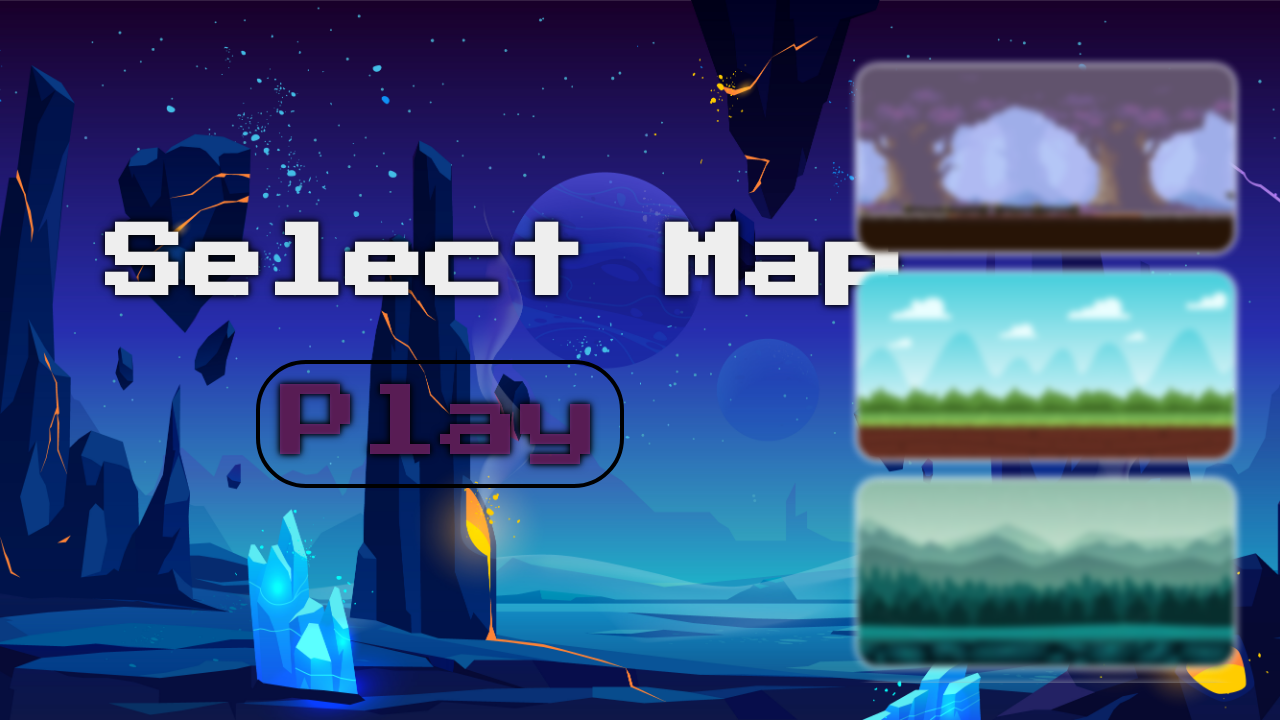
Repository: Gaurav31052/Fighting-game
Page: home.html
These files come from the project's save history. The page is drawn as it stood at one moment and after the next save; the edit follows.
The browser window is 1280 px wide. The pictures show the whole page.
An inner scrolling area shows only its first screen.

Above is the page before, as saved 2024-06-06 23:41:24.

### home.html
<!DOCTYPE html>
<html lang="en">

<head>
    <meta charset="UTF-8">
    <meta name="viewport" content="width=device-width, initial-scale=1.0">
    <title>Document</title>
    <link href="https://fonts.googleapis.com/css2?family=Press+Start+2P&display=swap" rel="stylesheet">
    <link rel="stylesheet" href="style.css">
</head>

<body>


    <!-- carousel -->
    <div class="carousel">
        <!-- list item -->
        <div class="list">
            <div class="item">

                <div class="MapName">
                   <h1 id="name">Select Map</h1>
                </div>

                <img id="mainbox" src="img/home.jpg" alt="">

                <button id="btn"><a href='game.html'>Play</a></button>
            </div>

        </div>


        <!-- list thumnail -->
        <div class="thumbnail" id="about">

            <div class="item" id="bg1"><img class="myimg" src="./img/background1.jpg" alt=""></div>
            <div class="item" id="bg2"><img class="myimg" src="./img/background2.jpg" alt=""></div>
            <div class="item" id="bg3"><img class="myimg" src="./img/background3.jpg" alt=""></div>
            <div class="item" id="bg4"><img class="myimg" src="./img/background4.jpg" alt=""></div>
            <div class="item" id="bg5"><img class="myimg" src="./img/background5.jpg" alt=""></div>
            <div class="item" id="bg6"><img class="myimg" src="./img/background6.jpg" alt=""></div>
            <!-- <div class="item"><img src="img/background.jpg" alt=""></div>
                <div class="item"><img src="img/background.jpg" alt=""></div>
                <div class="item"><img src="img/background.jpg" alt=""></div>
                <div class="item"><img src="img/background.jpg" alt=""></div>
                <div class="item"><img src="img/background.jpg" alt=""></div> -->

        </div>


    </div>

    <script src="home.js"></script>

</body>

</html>

### style.css

body {
    margin: 0;
    background-color: #000;
    color: #eee;
    font-family: Poppins;
    font-size: 12px;
    overflow: hidden;
}

a {
    text-decoration: none;
    color: #8b2c84a2;
}

/* carousel */
.carousel {
    height: 100vh;
    width: 100vw;
    overflow: hidden;
    position: relative;
}

.carousel .list .item {
    width: 100%;
    height: 100%;
    position: absolute;
    inset: 0 0 0 0;

}

.carousel .list .item img {
    width: 100%;
    height: 100%;
    object-fit: cover;

}

.carousel .list .item button {

    position: absolute;
    top: 50%;
    left: 20%;
    font-size: 80px;
    font-family: "Press Start 2P", system-ui;
    text-align: center;
    /* padding-top: 100px; */
    text-shadow: 0 0 10px #000000, 0 0 5px #000000;
   padding: 20px;
    background: transparent;
    border: none;
}
#btn{
    border: 4px solid black;
    border-radius: 50px;

}
#btn:hover{
    background-color: white;

}

.MapName {
    /* background: red; */
    position: absolute;
    height: 130px;
    width: 830px;
    top: 200px;
    left: 90px;
    display: flex;
    justify-content: space-around;
    align-items: center;
    font-family: "Press Start 2P", system-ui;
    text-shadow: 0 0 10px #000000, 0 0 5px #000000;
}
.MapName>h1{
    font-size: 80px;
}



/* thumbail */
.thumbnail {
    position: absolute;
    top: 6%;
    left: 65%;
    width: max-content;
    z-index: 100;
    gap: 15px;
    width: 460px;
    height: 615px;
    overflow: scroll;
    padding: 5px;
    padding-top: 20px;

    scroll-behavior: initial;
    display: flex;
    flex-direction: column;
    align-items: center;

}

.thumbnail .item {
    width: fit-content;
    flex-shrink: 0;
    position: relative;
    list-style-type: none;
    padding: 3px;
}

#about {
    scrollbar-width: none;
}

.thumbnail .item img {
    width: 90%;
    height: 100%;
    object-fit: cover;
    border-radius: 20px;
    box-shadow: 0 0 5px #fff, 0 0 5px #fff, 0 0 5px #fff, 0 0 5px #fff;
}

.myimg {
    filter: blur(3px);
}

.myimg:hover {
    filter: none;
    scale: 1.1;
    transition: 0.5s ease-in;
}

#leftimg {
    scale: 4;
}

#rightimg {
    scale: 3;
}

### home.js
let userchoice;

const setmap = document.getElementById("mainbox");
const choices = document.querySelectorAll(".myimg");
choices.forEach((e) => {
    e.addEventListener("click", () => {
        userchoice = e.getAttribute("src");
        setmap.src = userchoice;
        localStorage.setItem(1,userchoice);
        console.log(userchoice);
        if(userchoice === "./img/background1.jpg"){
            document.getElementById('name').innerHTML = "Bloom";
        }
        else if(userchoice === "./img/background2.jpg"){
            document.getElementById('name').innerHTML = "Skyris";
        }
        else if(userchoice === "./img/background3.jpg"){
            document.getElementById('name').innerHTML = "Night Hawl";
        }
        else if(userchoice === "./img/background4.jpg"){
            document.getElementById('name').innerHTML = "Caves";
        }
        else if(userchoice === "./img/background5.jpg"){
            document.getElementById('name').innerHTML = "Bind";
        }
        else if(userchoice === "./img/background6.jpg"){
            document.getElementById('name').innerHTML = "Forest";
        }
    })
});

var home_music =new Audio("./audio/background sound.mp3");
home_music.play();
home_music.loop=true;
home_music.volume=0.1;

After the next save:
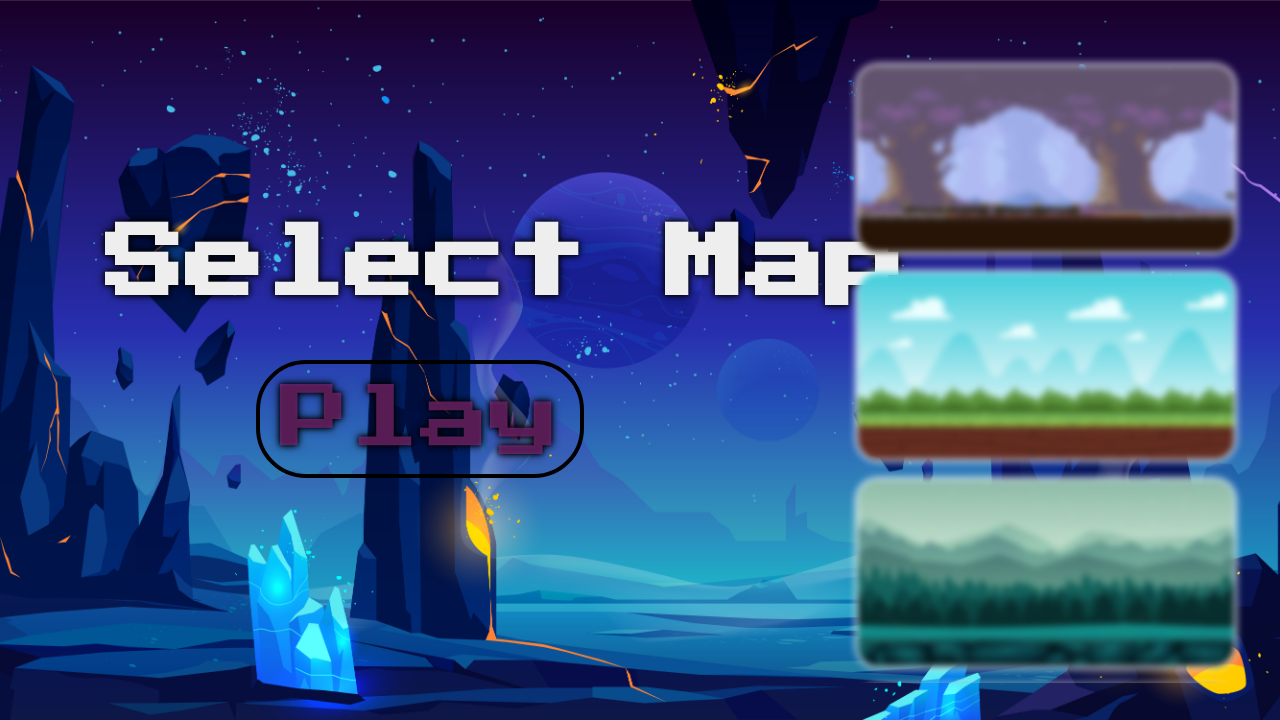
Saved 21 s later.
--- a/style.css
+++ b/style.css
@@ -41,7 +41,7 @@ a {
     position: absolute;
     top: 50%;
     left: 20%;
-    font-size: 80px;
+    font-size: 70px;
     font-family: "Press Start 2P", system-ui;
     text-align: center;
     /* padding-top: 100px; */
